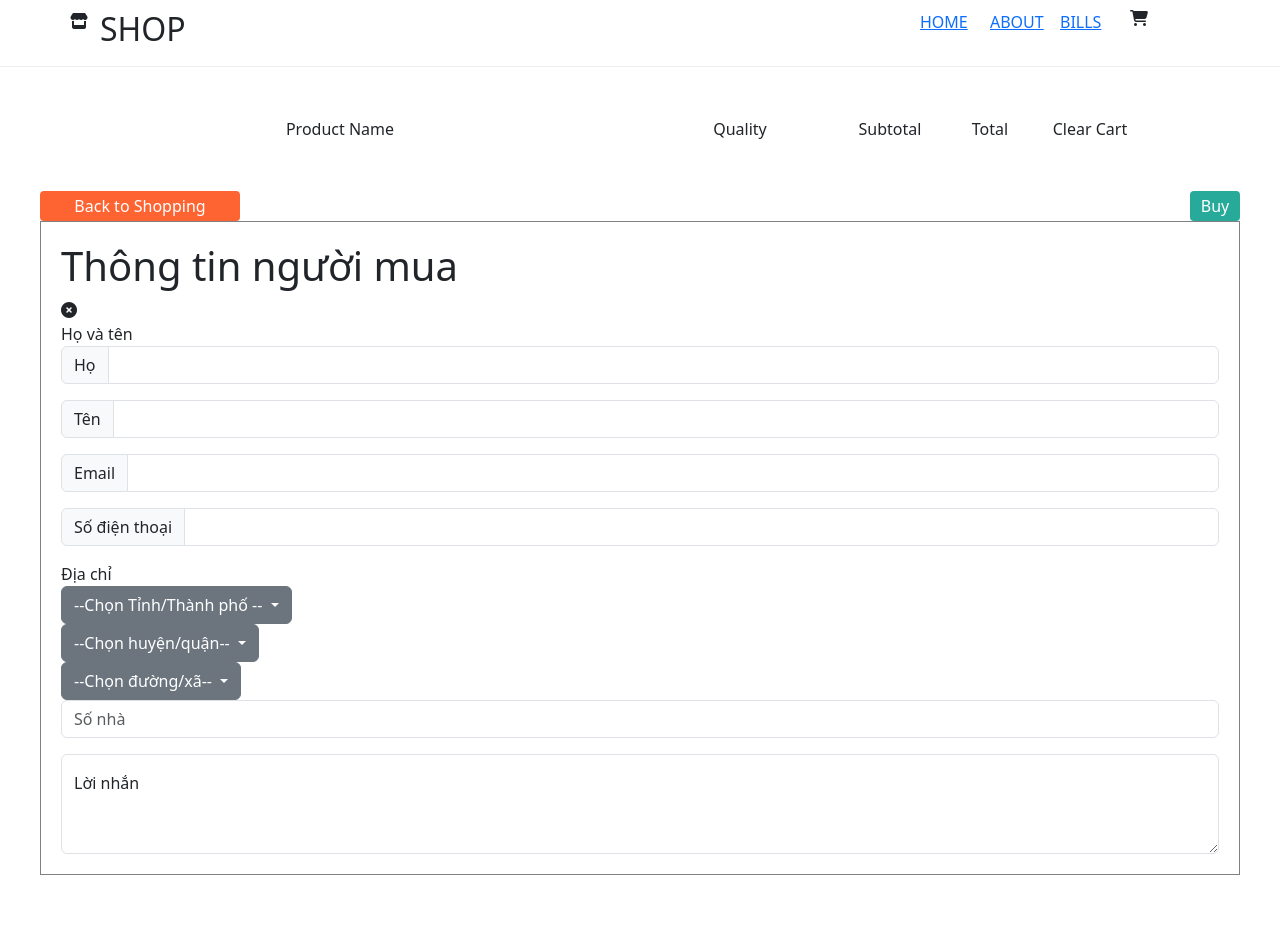
Repository: nguyenhaidang212/danh-sach-ban-hang
Page: index.html
The author's editor kept a copy of each file at every save. The page is drawn from the files as they stood at one save, then again after the next save.
The browser window is 1280 px wide. The pictures show the whole page.
Some web libraries are served in a nearby version.

Above is the page before, as saved 2023-02-10 14:46:36.

After the next save:
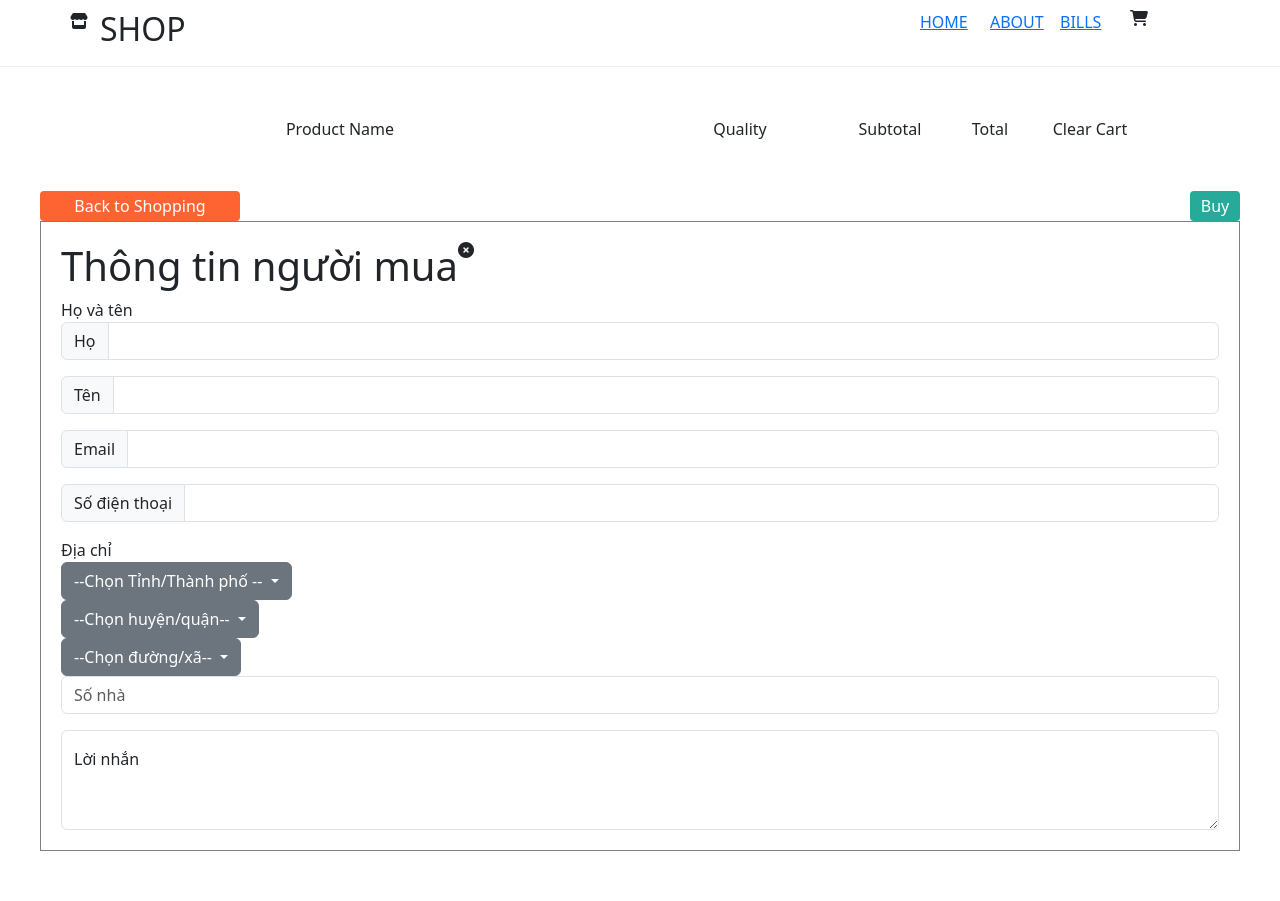
Saved 16 s later.
--- a/style.css
+++ b/style.css
@@ -165,3 +165,6 @@ main {
   margin: 0 auto;
   padding: 20px;
 }
+.form_title {
+  display: flex;
+}
